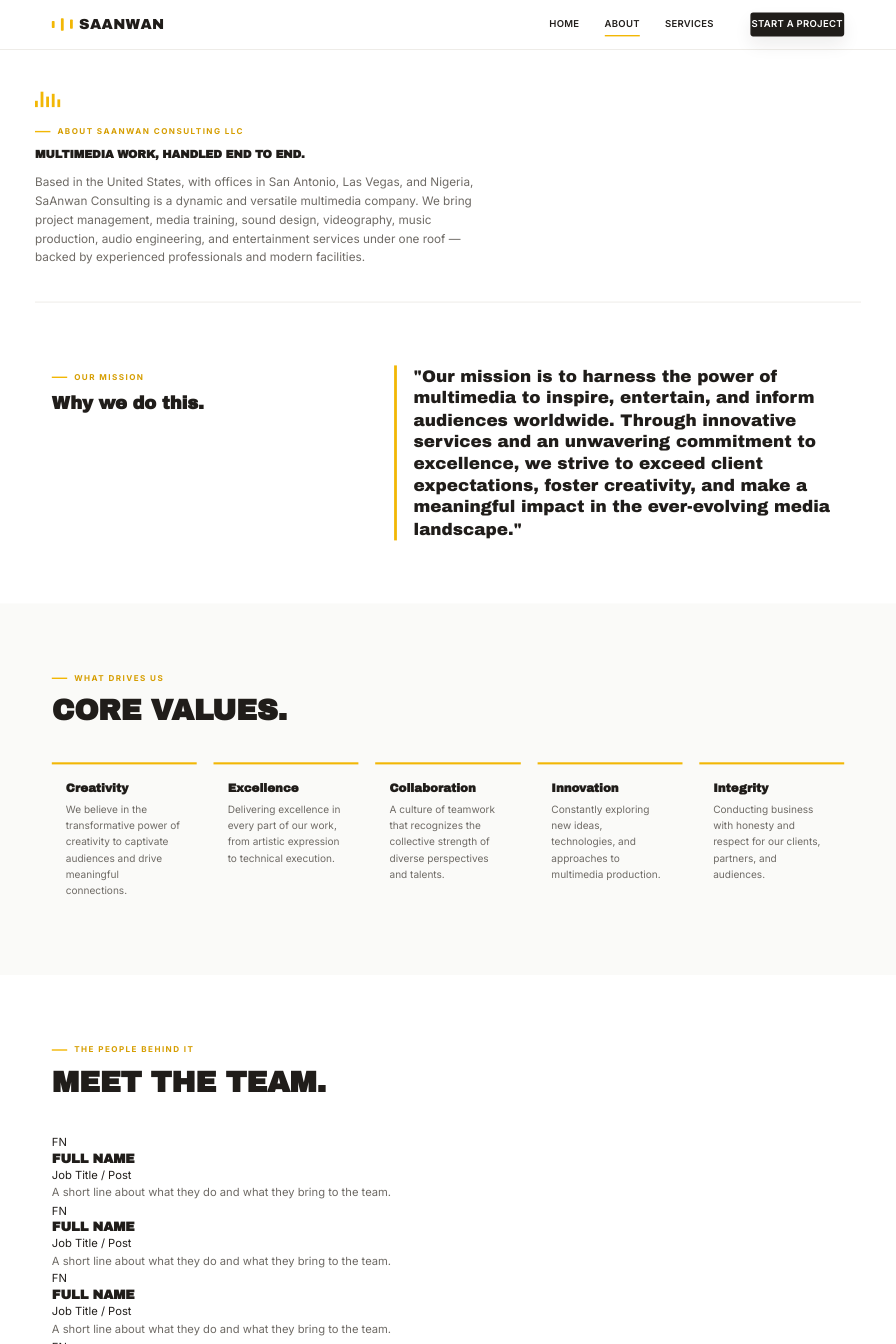
Repository: joshuaonazi/saanwan
Page: about.html
The author's editor kept a copy of each file at every save. The page is drawn from the files as they stood at one save, then again after the next save.
The browser window is 1280 px wide. The pictures show the part of the page from y = 0 to 1920 px (the page is 3274 px tall before and 3302 px after), at 70% of full size.

Above is the page before, as saved 2026-07-10 16:48:04.

After the next save:
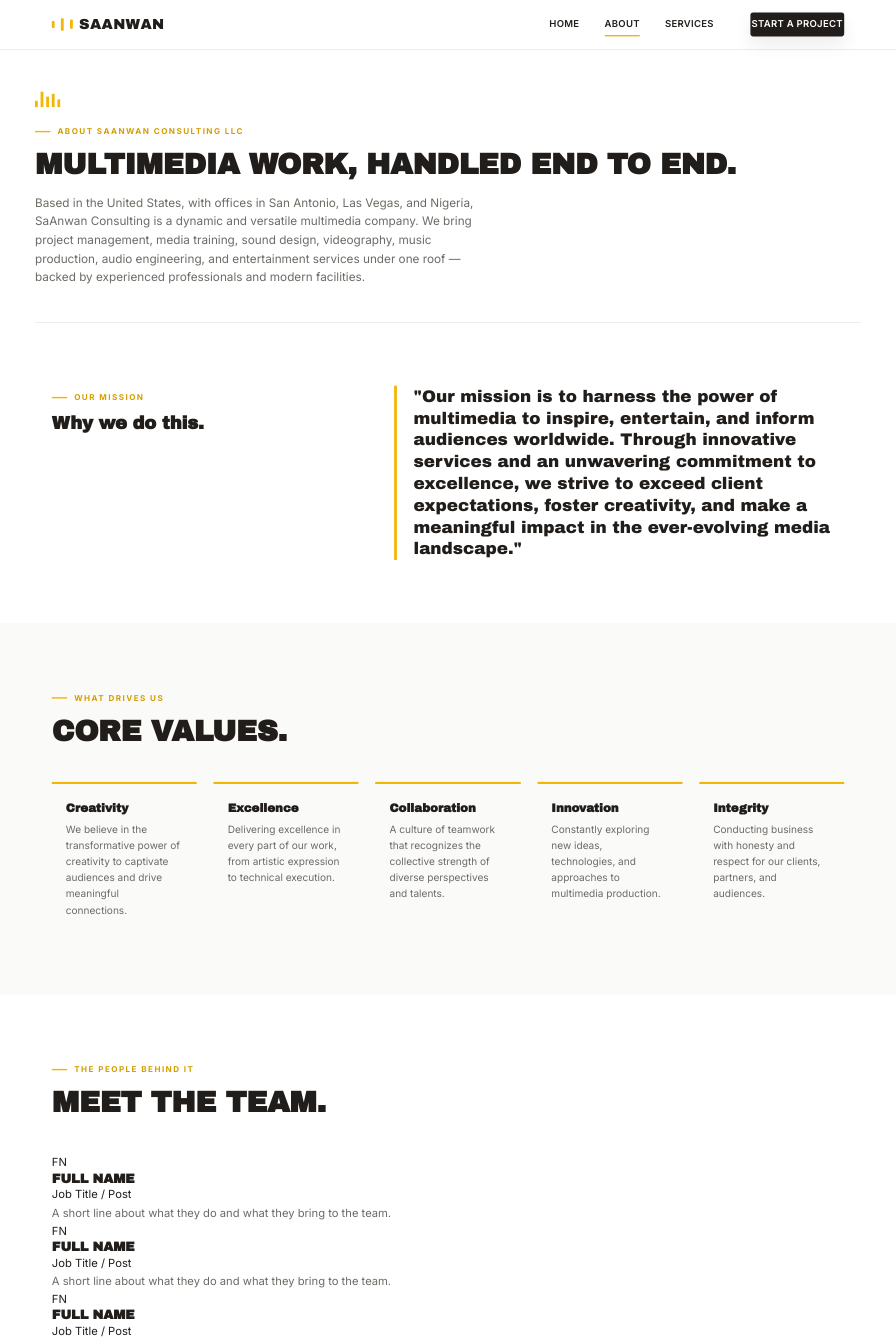
Saved 10 s later.
--- a/about.html
+++ b/about.html
@@ -35,7 +35,7 @@
   <section class="page-hero wrap">
     <div class="eq-divider"><span></span><span></span><span></span><span></span><span></span></div>
     <span class="eyebrow">About SaAnwan Consulting LLC</span>
-    <h4>Multimedia work, handled end to end.</h4>
+    <h2>Multimedia work, handled end to end.</h2>
     <p>Based in the United States, with offices in San Antonio, Las Vegas, and Nigeria, SaAnwan Consulting is a dynamic and versatile multimedia company. We bring project management, media training, sound design, videography, music production, audio engineering, and entertainment services under one roof — backed by experienced professionals and modern facilities.</p>
   </section>
 
